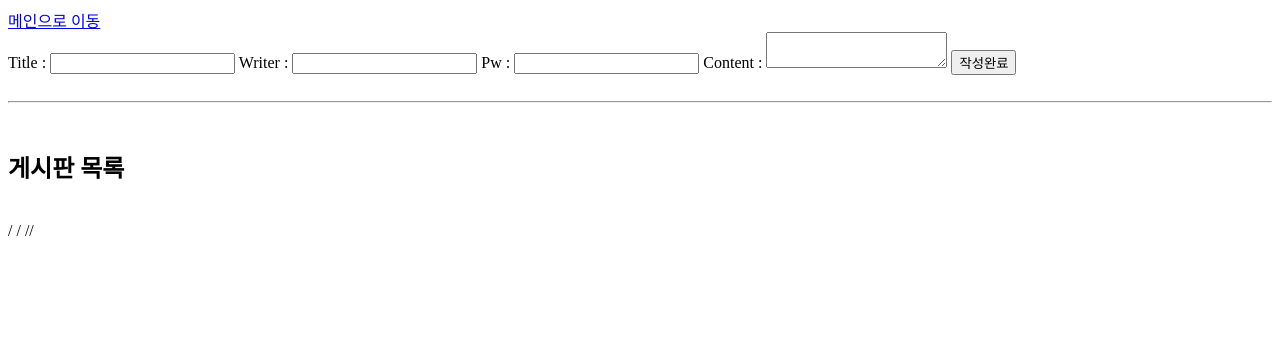
Repository: mmlyujin/Spring
Page: http://localhost/MVCHibernate/WEB-INF/views/board.jsp
The author's editor kept a copy of each file at every save. The page is drawn from the files as they stood at one save, then again after the next save.
The browser window is 1280 px wide. The pictures show the whole page.
The page is served by Tomcat 9. Nobody is signed in. The template is opened directly, without the code that normally fills it, so the values that code supplies are empty.

Above is the page before, as saved 2022-10-31 03:09:45.

After the next save:
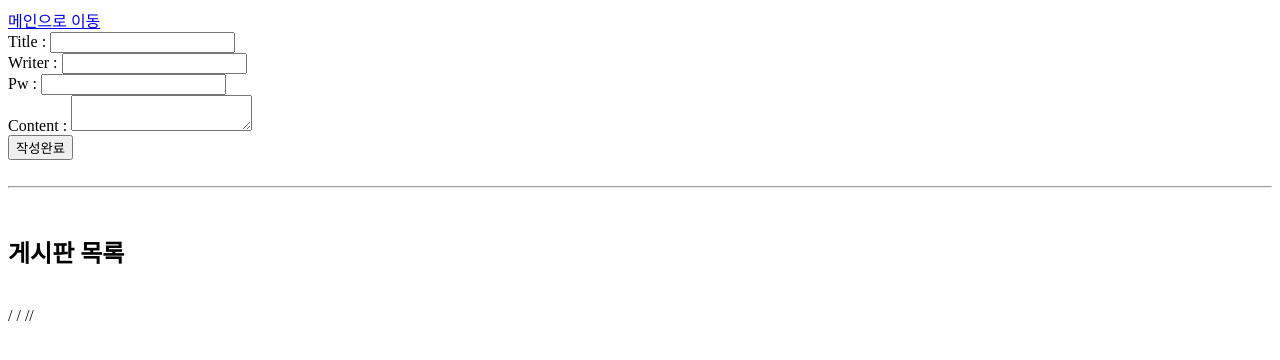
Saved 27 s later.
--- a/MVCHibernate/src/main/webapp/WEB-INF/views/board.jsp
+++ b/MVCHibernate/src/main/webapp/WEB-INF/views/board.jsp
@@ -9,10 +9,10 @@
 <body>
 <a href="home.jsp">메인으로 이동</a>
 		<form action="insertBoard" method="post">
-		Title : <input type="text" name="title">
-		Writer : <input type="text" name="writer">
-		Pw : <input type="password" name="pw">
-		Content : <textarea name="content"></textarea>
+		Title : <input type="text" name="title"><br>
+		Writer : <input type="text" name="writer"><br>
+		Pw : <input type="password" name="pw"><br>
+		Content : <textarea name="content"></textarea><br>
 		<input type="submit" value="작성완료">
 	</form>
 
